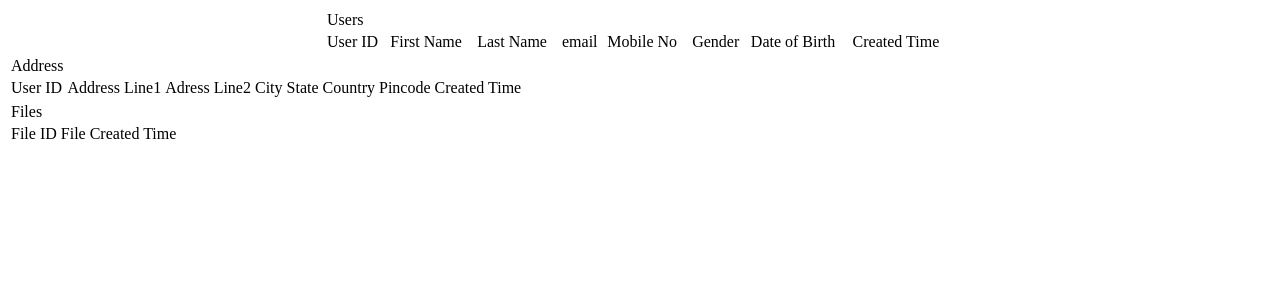
Repository: kewatraviraj/My_Work
Page: http://localhost/registration/save
An editor plug-in stored every save of this project. The page is shown before and after the next save, followed by the edit.
The browser window is 1280 px wide. The pictures show the whole page.
The page is served by Tomcat 9. Other server files are loaded and not shown. Queries for data that is not in the repository find no rows.

Above is the page before, as saved 2018-08-30 12:30:27.

### Eclipsework/registration/src/main/webapp/display.jsp
<%@ taglib prefix="c" uri="http://java.sun.com/jsp/jstl/core"%>
<%@ taglib prefix="fn" uri="http://java.sun.com/jsp/jstl/functions"%>

<html>
<head>
<title>Insert title here</title>
</head>
<body>
	<table  align="center" width=50%>
		<tr><td>Users</td></tr>
		<tr>
			<td>User ID</td>
			<td>First Name</td>
			<td>Last Name</td>
			<td>email</td>
			<td>Mobile No</td>
			<td>Gender</td>
			<td>Date of Birth</td>
			<td>Created Time</td>
		</tr>
		<c:forEach items="${requestScope.users }" var="user">
			<tr>
				<td><c:out value="${user.user_id }"></c:out>
				<td><c:out value="${user.firstname }"></c:out>
				<td><c:out value="${user.lastname }"></c:out>
				<td><c:out value="${user.email }"></c:out>
				<td><c:out value="${user.mobile_no }"></c:out>
				<td><c:out value="${user.gender }"></c:out>
				<td><c:out value="${user.date_of_birth }"></c:out>
				<td><c:out value="${user.created_time }"></c:out>
			</tr>
		</c:forEach>
		</table>
		<table>
		<tr><td>Address</td></tr>
		<tr>
			<td>User ID</td>
			<td>Address Line1</td>
			<td>Adress Line2</td>
			<td>City</td>
			<td>State</td>
			<td>Country</td>
			<td>Pincode</td>
			<td>Created Time</td>
		</tr>
		<c:forEach items="${requestScope.address}" var="address">
			<tr>
				<td><c:out value="${address.user_id }"></c:out>
				<td><c:out value="${address.address_line1 }"></c:out>
				<td><c:out value="${address.address_line2 }"></c:out>
				<td><c:out value="${address.city }"></c:out>
				<td><c:out value="${address.state }"></c:out>
				<td><c:out value="${address.country }"></c:out>
				<td><c:out value="${address.pincode }"></c:out>
				<td><c:out value="${address.created_time }"></c:out>
			</tr>
		</c:forEach>
		</table>
		<table>
		<tr><td>Files</td></tr>
		<tr>
			<td>File ID</td>
			<td>File</td>
			<td>Created Time</td>
		</tr>
		<c:forEach items="${requestScope.files}" var="file">
			<tr>
				<td><c:out value="${file.file_id }"></c:out></td>
				<c:if test="${file.file_type == 'image' }">
					<td>Images</td>
					<td><c:out value="${file.file }"></c:out></td>
				</c:if>
				<td><c:out value="${file.created_time }"></c:out></td>
			</tr>
		</c:forEach>
	</table>
</body>
</html>

### Eclipsework/registration/src/main/java/com/basic/controller/ControllerRegister.java
package com.basic.controller;

import java.io.IOException;
import java.io.InputStream;
import java.sql.Blob;
import java.sql.SQLException;

import javax.servlet.RequestDispatcher;
import javax.servlet.ServletException;
import javax.servlet.annotation.MultipartConfig;
import javax.servlet.http.HttpServlet;
import javax.servlet.http.HttpServletRequest;
import javax.servlet.http.HttpServletResponse;

import com.basic.dao.Dao;
import com.basic.daoImpl.DaoImpl;
import com.basic.pojo.AddressPojo;
import com.basic.pojo.FilesPojo;
import com.basic.pojo.UserPojo;

/**
 * Servlet implementation class ControllerRegister
 */
@MultipartConfig(maxFileSize = 1024 * 1024 * 5)
public class ControllerRegister extends HttpServlet {
	private static final long serialVersionUID = 1L;
		UserPojo userpojo;
		AddressPojo addresspojo;
		FilesPojo filepojo;
		Dao service;
    /**
     * @see HttpServlet#HttpServlet()
     */
    public ControllerRegister() {
        // TODO Auto-generated constructor stub
    	userpojo = new UserPojo();
    	addresspojo = new AddressPojo();
    	filepojo = new FilesPojo();
        service = new DaoImpl();
    }

	/**
	 * @see HttpServlet#doGet(HttpServletRequest request, HttpServletResponse response)
	 */
	protected void doGet(HttpServletRequest request, HttpServletResponse response) throws ServletException, IOException {
		// TODO Auto-generated method stub
			try {
				request.setAttribute("users", service.getAllUser());
				RequestDispatcher redirect = request.getRequestDispatcher("/display.jsp");

				redirect.forward(request, response);
			} catch (ClassNotFoundException | SQLException e) {
				// TODO Auto-generated catch block
				e.printStackTrace();
			}
	}

	/**
	 * @see HttpServlet#doPost(HttpServletRequest request, HttpServletResponse response)
	 */
	protected void doPost(HttpServletRequest request, HttpServletResponse response) throws ServletException, IOException {
		// TODO Auto-generated method stub

		userpojo.setRole_id(Integer.parseInt(request.getParameter("role")));
		userpojo.setFirstname(request.getParameter("firstName"));
		userpojo.setLastname(request.getParameter("lastName"));
		userpojo.setEmail(request.getParameter("email"));
		userpojo.setMobile_no(Long.parseLong(request.getParameter("mobileNo")));
		userpojo.setPassword(request.getParameter("password"));
		userpojo.setGender(request.getParameter("gender"));
		userpojo.setDate_of_birth(request.getParameter("dateOfBirth"));

		addresspojo.setAddress_line1(request.getParameter("address_line1"));
		addresspojo.setAddress_line2(request.getParameter("address_line2"));
		addresspojo.setCity(request.getParameter("city"));
		addresspojo.setState(request.getParameter("state"));
		addresspojo.setCountry(request.getParameter("country"));
		addresspojo.setPincode(Integer.parseInt(request.getParameter("pincode")));

		InputStream input = request.getPart("file").getInputStream();
		filepojo.setFile_type(request.getParameter("file_type"));
		filepojo.setFile(input);


		try {
			if(service.insert(userpojo, null)) {
				service.save(addresspojo);
				service.savefile(filepojo);

				request.setAttribute("users", service.getAllUser());
				request.setAttribute("files", service.getFiles());
				request.setAttribute("address", service.getAddress());

				RequestDispatcher redirect = request.getRequestDispatcher("display.jsp");
				redirect.forward(request, response);
			}

		} catch (ClassNotFoundException | SQLException e) {
			// TODO Auto-generated catch block
			e.printStackTrace();
		}
	}

}

### Eclipsework/registration/src/main/java/com/basic/daoImpl/DaoImpl.java
/**
 *
 */
package com.basic.daoImpl;

import java.io.IOException;
import java.sql.PreparedStatement;
import java.sql.ResultSet;
import java.sql.SQLException;
import java.sql.Statement;
import java.util.ArrayList;
import java.util.List;

import com.basic.database.Database;
import com.basic.dao.Dao;
import com.basic.pojo.AddressPojo;
import com.basic.pojo.FilesPojo;
import com.basic.pojo.UserPojo;

/**
 * @author HP
 *
 */
public class DaoImpl implements Dao {
	PreparedStatement ps;

	public boolean save(AddressPojo Value2) throws ClassNotFoundException, SQLException, IOException {

//		Statement stat = Database.getConnection().createStatement();
//		ResultSet res = stat.executeQuery("select max(user_id) from user where user_id = last_insert_id()");
//		int id = 0;
//		while(res.next()) {
//			id = res.getInt(1);
//		}
//		res.close();
//		stat.close();

		ps = Database.getConnection().prepareStatement(
				"insert into address(user_id,address_line1,address_line2,city,state,country,pincode,created_time)"
						+ "values((select max(user_id) from user),?,?,?,?,?,?,Now())");
		ps.setString(1, Value2.getAddress_line1());
		ps.setString(2, Value2.getAddress_line2());
		ps.setString(3, Value2.getCity());
		ps.setString(4, Value2.getState());
		ps.setString(5, Value2.getCountry());
		ps.setInt(6, Value2.getPincode());

		int result = ps.executeUpdate();
		ps.close();
		Database.getConnection().close();
		return (result == 1 ? true : false);
	}

	public boolean savefile(FilesPojo fileValue) throws ClassNotFoundException, SQLException, IOException {
		ps = Database.getConnection().prepareStatement("insert into files(file_type,file,created_time) values(?,?,Now())");
		ps.setString(1, fileValue.getFile_type());
		ps.setBlob(2, fileValue.getFile());

		int result = ps.executeUpdate();
		ps.close();
		Database.getConnection().close();
		return (result == 1 ? true : false);
	}

	@Override
	public boolean insert(UserPojo Value1,AddressPojo Value2) throws ClassNotFoundException, SQLException, IOException {
		// TODO Auto-generated method stub
		//boolean result = false;

		ps = Database.getConnection().prepareStatement(
				"insert into user(role_id,firstname,lastname,email,mobile_no,password,gender,date_of_birth,created_time)"
						+ "values(?,?,?,?,?,?,?,?,Now())");
		ps.setInt(1, Value1.getRole_id());
		ps.setString(2, Value1.getFirstname());
		ps.setString(3, Value1.getLastname());
		ps.setString(4, Value1.getEmail());
		ps.setLong(5, Value1.getMobile_no());
		ps.setString(6, Value1.getPassword());
		ps.setString(7, Value1.getGender());
		ps.setString(8, Value1.getDate_of_birth());

		int result = ps.executeUpdate();
		/*if(ps.executeUpdate()==1) {
			result = save(Value2);
		}*/
		ps.close();
		Database.getConnection().close();
		return ( result == 1 ? true : false);
	}

	@Override
	public List<UserPojo> getAllUser() throws ClassNotFoundException, SQLException, IOException {
		// TODO Auto-generated method stub
		List<UserPojo> users = new ArrayList<UserPojo>();

		Statement stat = Database.getConnection().createStatement();
		ResultSet result = stat.executeQuery("select * from user");

		UserPojo user;
		while(result.next()) {
			user = new UserPojo();
			user.setUser_id(result.getInt(1));
			user.setRole_id(result.getInt(2));
			user.setFirstname(result.getString(3));
			user.setLastname(result.getString(4));
			user.setEmail(result.getString(5));
			user.setMobile_no(result.getLong(6));
			user.setPassword(result.getString(7));
			user.setGender(result.getString(8));
			user.setDate_of_birth(result.getString(9));
			user.setCreated_time(result.getString(10));
			user.setUpdate_by(result.getInt(11));
			user.setUpdate_time(result.getString(12));

			users.add(user);
		}
		result.close();
		stat.close();
		Database.getConnection().close();
		return users;
	}

	public List<AddressPojo> getAddress() throws ClassNotFoundException, SQLException, IOException{
		List<AddressPojo> allAddress = new ArrayList<AddressPojo>();

		Statement stat = Database.getConnection().createStatement();
		ResultSet result = stat.executeQuery("select * from address");

		AddressPojo address;
		while(result.next()) {
			address = new AddressPojo();
			address.setAddress_id(result.getInt(1));
			address.setUser_id(result.getInt(2));
			address.setAddress_line1(result.getString(3));
			address.setAddress_line2(result.getString(4));
			address.setCity(result.getString(5));
			address.setState(result.getString(6));
			address.setCountry(result.getString(7));
			address.setPincode(result.getInt(8));
			address.setCreated_time(result.getString(9));
			address.setUpdate_by(result.getInt(10));
			address.setUpdate_time(result.getString(11));

			allAddress.add(address);
		}
		result.close();
		stat.close();
		Database.getConnection().close();
		return allAddress;
	}

	@Override
	public List<FilesPojo> getFiles() throws ClassNotFoundException, SQLException, IOException {
		// TODO Auto-generated method stub
		List<FilesPojo> allfiles = new ArrayList<FilesPojo>();

		Statement stat = Database.getConnection().createStatement();
		ResultSet result = stat.executeQuery("select * from files");

		FilesPojo file;
		while(result.next()) {
			file = new FilesPojo();
			file.setFile_id(result.getInt(1));
			file.setFile_type(result.getString(2));
			file.setFile(result.getBinaryStream(3));
			file.setCreated_time(result.getString(4));
			file.setUpdate_by(result.getInt(5));
			file.setUpdate_time(result.getString(6));

			allfiles.add(file);
		}
		return allfiles;
	}

	@Override
	public boolean updateUser(UserPojo userValue)
			throws ClassNotFoundException, SQLException, IOException {
		// TODO Auto-generated method stub
		ps = Database.getConnection().prepareStatement("update user set firstname = ?, lastname = ?, email = ?, mobile_no = ?, password = ?, "
				+ "gender = ?, date_of_birth= ?, update_by = ?, update_time = Now() Where user_id = ");
		ps.setString(1, userValue.getFirstname());
		ps.setString(2, userValue.getLastname());
		ps.setString(3, userValue.getEmail());
		ps.setLong(4, userValue.getMobile_no());
		ps.setString(5, userValue.getPassword());
		ps.setString(6, userValue.getGender());
		ps.setString(7, userValue.getDate_of_birth());
		ps.setInt(8, userValue.getUpdate_by());

		int result = ps.executeUpdate();
		return ( result == 1 ? true : false);
	}

	@Override
	public boolean updateAddress(AddressPojo Value2)
			throws ClassNotFoundException, SQLException, IOException {
		// TODO Auto-generated method stub
		ps = Database.getConnection().prepareStatement("update address set address_line1 = , address_line2 = ?,"
				     + " city = ?, state = ?, country = ?, pincode = ?, update_by = ?, updae_time = Now() where address_id = ?");

		ps.setString(1, Value2.getAddress_line1());
		ps.setString(2, Value2.getAddress_line2());
		ps.setString(3, Value2.getCity());
		ps.setString(4, Value2.getState());
		ps.setString(5, Value2.getCountry());
		ps.setInt(6, Value2.getPincode());
		ps.setInt(7, Value2.getUpdate_by());

		int result = ps.executeUpdate();
		ps.close();
		return (result == 1 ? true : false);
	}

	@Override
	public boolean updateFile(FilesPojo file) throws ClassNotFoundException, SQLException, IOException {
		// TODO Auto-generated method stub
		return false;
	}

	@Override
	public boolean del(int id) throws ClassNotFoundException, SQLException, IOException {
		// TODO Auto-generated method stub
		Statement stat = Database.getConnection().createStatement();
		int result = stat.executeUpdate("delete from user where user_id="+id);

		stat.close();
		Database.getConnection().close();
		return (result == 1 ? true : false);
	}


}

### Eclipsework/registration/src/main/java/com/basic/database/Database.java
/**
 *
 */
package com.basic.database;

import java.io.IOException;
import java.io.InputStream;
import java.sql.*;
import java.util.Properties;


/**
 * @author HP
 *
 */
public class Database {

	public static Connection getConnection() throws ClassNotFoundException, SQLException, IOException {

		 Properties prop=new Properties();
	     InputStream input = Database.class.getClassLoader().getResourceAsStream("dbConnection.properties");
	     prop.load(input);
	     input.close();

		Class.forName( prop.getProperty("driverClassName") );
		Connection connection = DriverManager.getConnection( prop.getProperty("url"), prop.getProperty("username"), prop.getProperty("password"));
		return connection;
	}
}

After the next save:
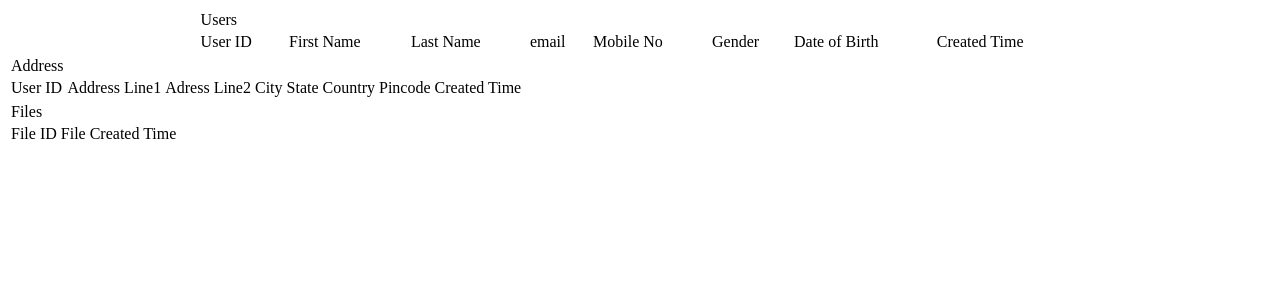
Saved 7 min 12 s later.
--- a/Eclipsework/registration/src/main/webapp/display.jsp
+++ b/Eclipsework/registration/src/main/webapp/display.jsp
@@ -6,7 +6,7 @@
 <title>Insert title here</title>
 </head>
 <body>
-	<table  align="center" width=50%>
+	<table  align="center" width=70%>
 		<tr><td>Users</td></tr>
 		<tr>
 			<td>User ID</td>
